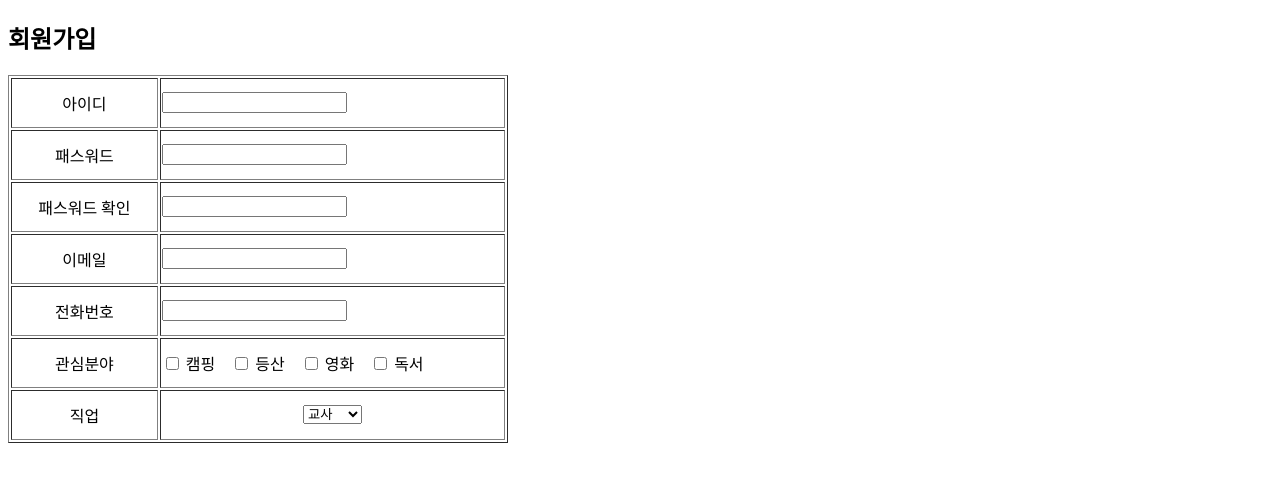
Repository: ohseung-web/OTjsp2026
Page: http://localhost/chapter/Request/RequestJoin.jsp
The author's editor kept a copy of each file at every save. The page is drawn from the files as they stood at one save, then again after the next save.
The browser window is 1280 px wide. The pictures show the whole page.
The page is served by Tomcat 9.

Above is the page before, as saved 2026-10-18 01:27:08.

After the next save:
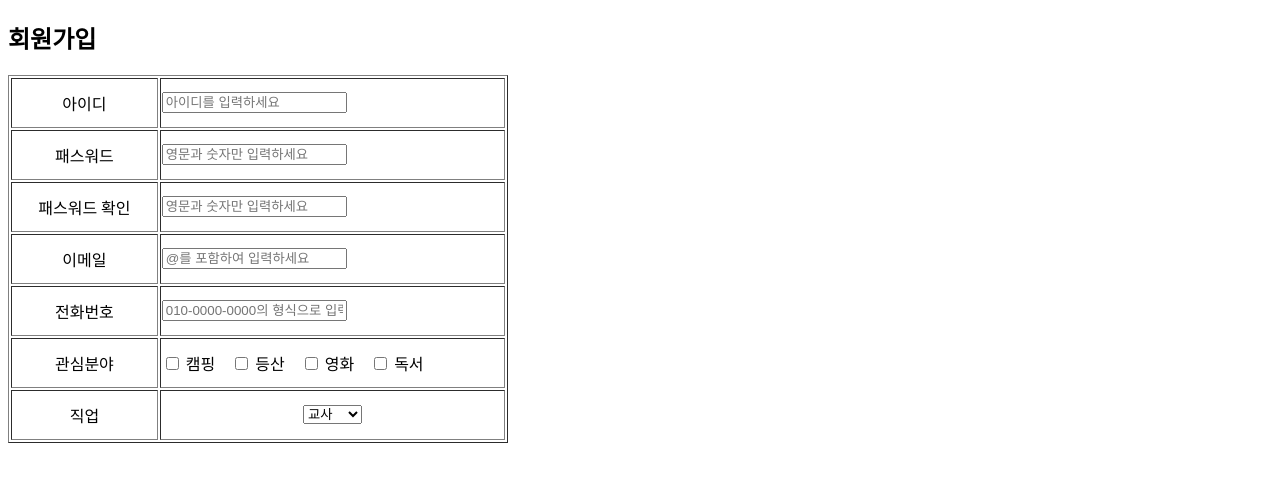
Saved 3 min 11 s later.
--- a/chapter/src/main/webapp/Request/RequestJoin.jsp
+++ b/chapter/src/main/webapp/Request/RequestJoin.jsp
@@ -13,31 +13,31 @@
 			<tr height="50">
 				<td width="150" align="center">아이디</td>
 				<td width="350">
-					<input type="text" name="id">
+					<input type="text" name="id" placeholder="아이디를 입력하세요">
 				</td>
 			</tr>
 			<tr height="50">
 				<td width="150" align="center">패스워드</td>
 				<td width="350">
-					<input type="password" name="pass">
+					<input type="password" name="pass" placeholder="영문과 숫자만 입력하세요">
 				</td>
 			</tr>
 			<tr height="50">
 				<td width="150" align="center">패스워드 확인</td>
 				<td width="350">
-					<input type="password" name="passchk">
+					<input type="password" name="passchk" placeholder="영문과 숫자만 입력하세요">
 				</td>
 			</tr>
 			<tr height="50">
 				<td width="150" align="center">이메일</td>
 				<td width="350">
-					<input type="email" name="email">
+					<input type="email" name="email" placeholder="@를 포함하여 입력하세요">
 				</td>
 			</tr>
 			<tr height="50">
 				<td width="150" align="center">전화번호</td>
 				<td width="350">
-					<input type="tel" name="tel">
+					<input type="tel" name="tel" placeholder="010-0000-0000의 형식으로 입력하세요">
 				</td>
 			</tr>
 			<tr height="50">
